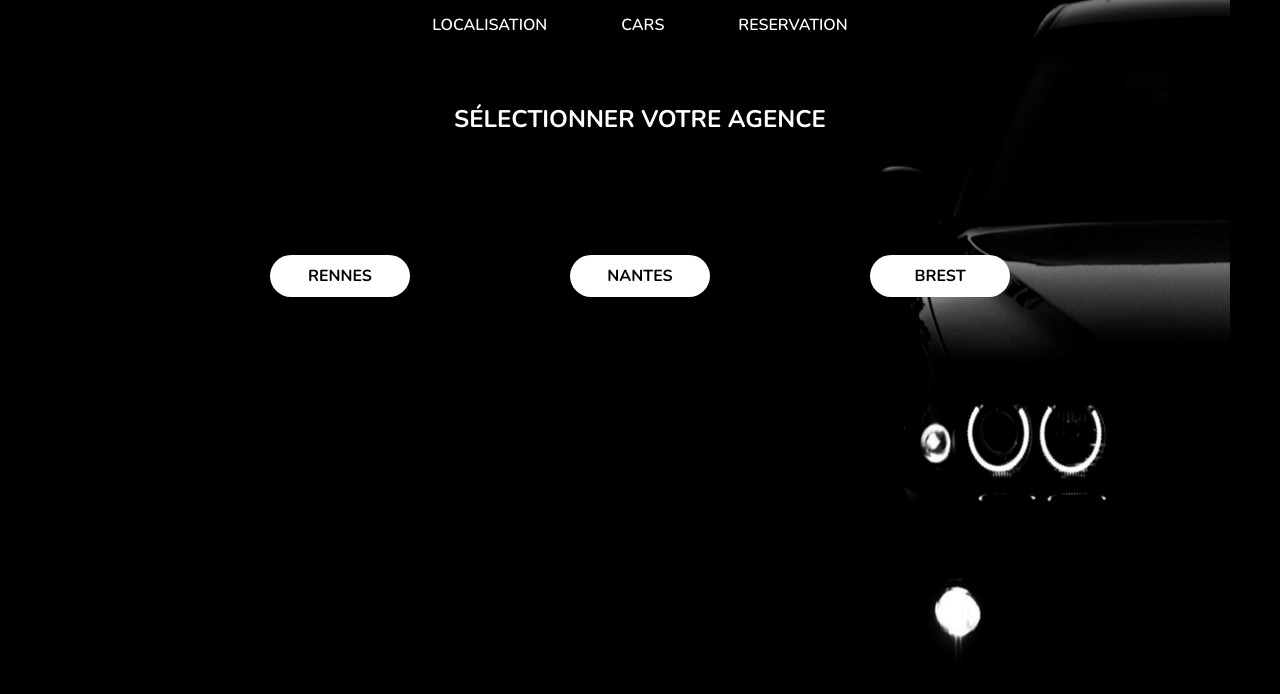
Repository: romgrm/jenaipasdevoiture
Page: src/main/java/fr/romgrm/index.html
The author's editor kept a copy of each file at every save. The page is drawn from the files as they stood at one save, then again after a run of saves.
The browser window is 1280 px wide. The pictures show the whole page.
An inner scrolling area shows only its first screen. Some web libraries are served in a nearby version.

Above is the page before, as saved 2020-10-16 16:07:40.

After the next 2 saves:
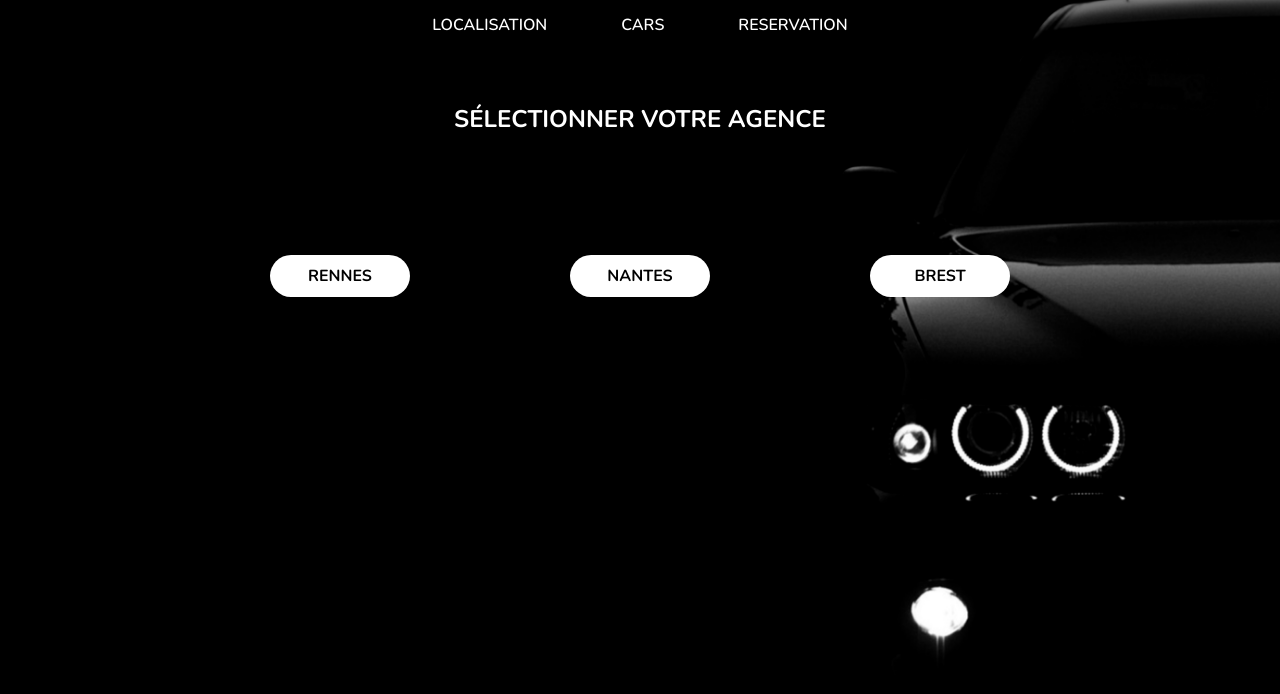
The 2 saves are shown as one change because they came seconds apart.
The last was saved 10 s later.
--- a/src/main/java/fr/romgrm/style.css
+++ b/src/main/java/fr/romgrm/style.css
@@ -212,10 +212,10 @@
 img{
     /*background: url('./audi_2_retouchée.png') no-repeat center ;*/
     position: fixed;
-    right: 50px;
+    right: 0px;
     /*top: 300px;*/
     z-index: 0;
-    width: 400px;
+    width: 500px;
     height: 800px;
 
 
